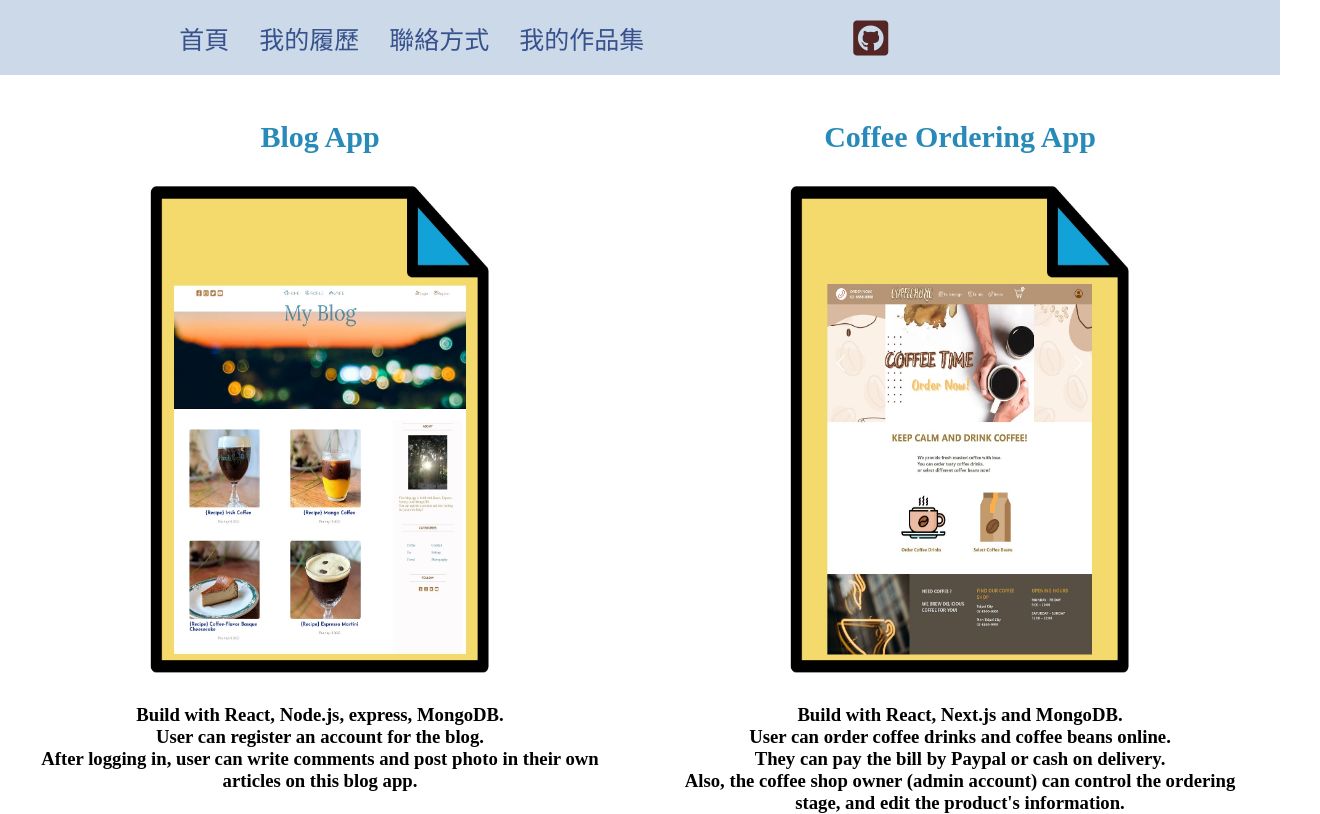
Repository: lcjyc/portfolio-website
Page: /portfolio
The author's editor kept a copy of each file at every save. The page is drawn from the files as they stood at one save, then again after the next save.
The browser window is 1280 px wide. The page is 1280 px wide, then 1320 px, so the pictures cover 1320 px, including what lies to the right of the window. The pictures show the whole page.
The project was rebuilt for these pictures with package versions that can differ from the ones it lists, and the page was loaded fresh each time. Also part of the build but not shown: src/pages/home/home.css, src/pages/home/Home.jsx, src/pages/resume/resume.css, src/pages/resume/Resume.jsx, src/pages/contact/contact.css, src/pages/contact/Contact.jsx.

Above is the page before, as saved 2022-08-21 12:51:58.

After the next save:
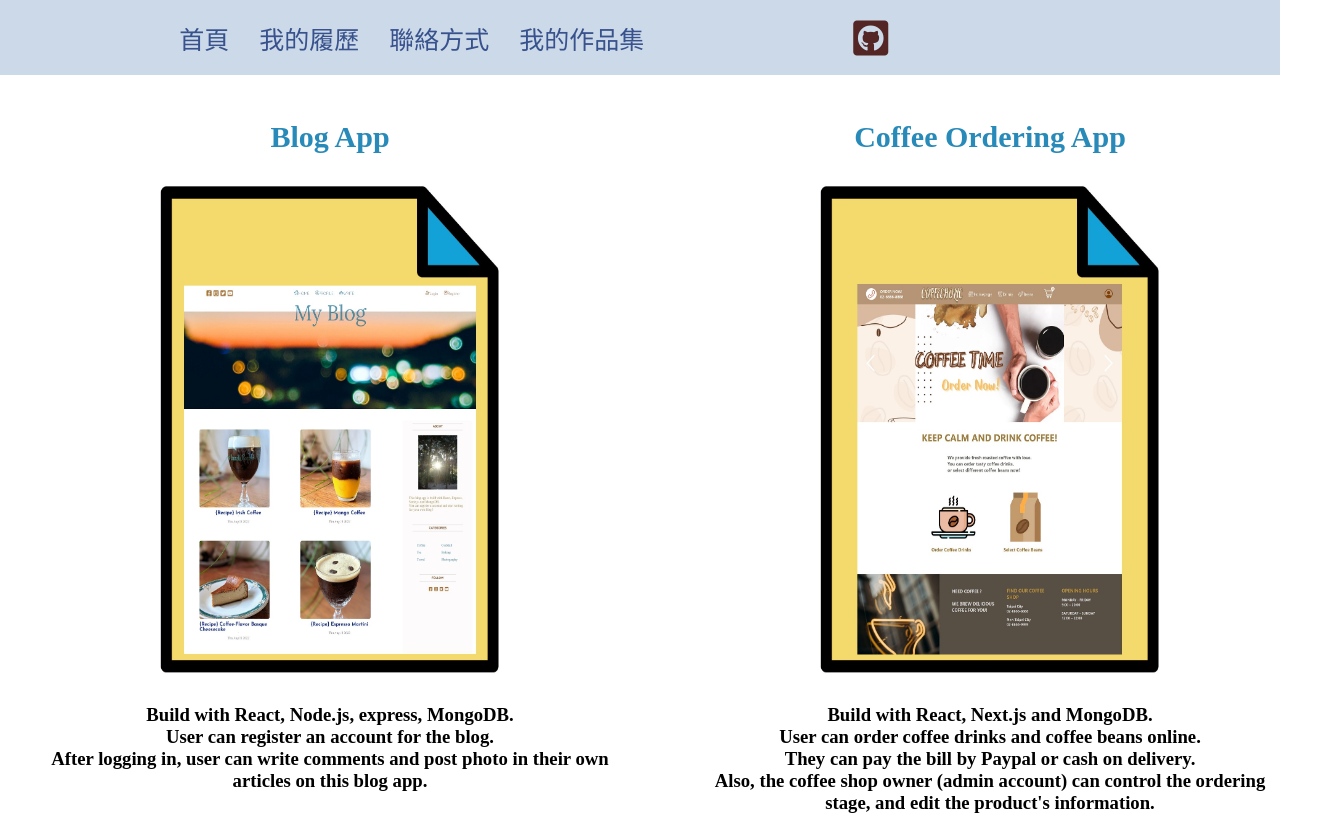
Saved 46 s later.
--- a/src/pages/portfolio/portfolio.css
+++ b/src/pages/portfolio/portfolio.css
@@ -30,3 +30,7 @@
   display: block;
   margin: auto;
 }
+
+.desc {
+  width: 600px;
+}
